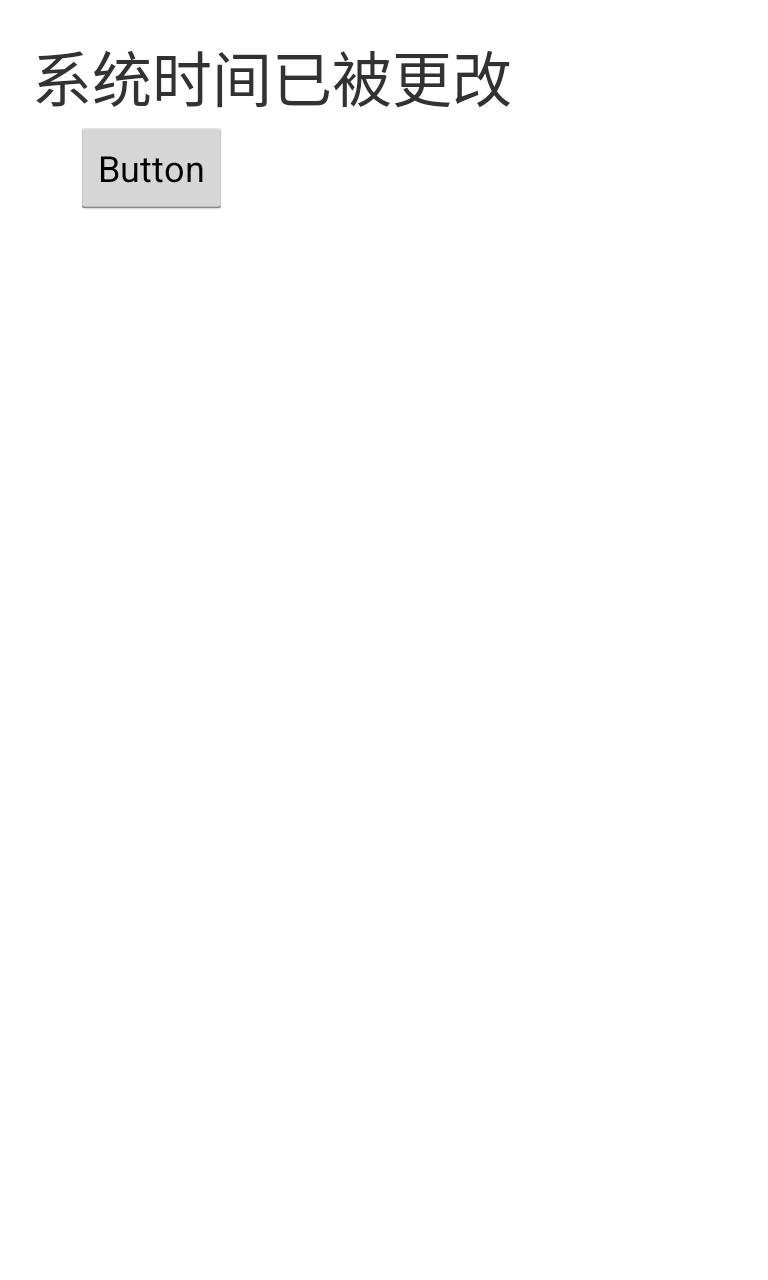
Repository: ShigerD/AndroidSample
Layout: Sample/Sample9_Broadcast_Service/BroadcastReceive/res/layout/activity_main.xml
An editor plug-in stored every save of this project. The layout is shown before and after the next save, followed by the edit.
It is drawn on a 768 x 1280 px phone screen (xhdpi) without system bars, with theme AppTheme; the app's code is not run.

Above is the layout before, as saved 2016-10-22 07:23:05.

### Sample/Sample9_Broadcast_Service/BroadcastReceive/res/layout/activity_main.xml
<RelativeLayout xmlns:android="http://schemas.android.com/apk/res/android"
    xmlns:tools="http://schemas.android.com/tools"
    android:layout_width="fill_parent"
    android:layout_height="fill_parent"
    android:paddingBottom="@dimen/activity_vertical_margin"
    android:paddingLeft="@dimen/activity_horizontal_margin"
    android:paddingRight="@dimen/activity_horizontal_margin"
    android:paddingTop="@dimen/activity_vertical_margin"
    tools:context="com.example.broadcastreceive.MainActivity" >

    <TextView
        android:id="@+id/textView1"
        android:layout_width="wrap_content"
        android:layout_height="wrap_content"
        android:gravity="center"
        android:text="@string/myString"
        android:textSize="30sp" />

    <Button
        android:id="@+id/myButton"
        android:layout_width="wrap_content"
        android:layout_height="wrap_content"
        android:layout_alignLeft="@+id/textView1"
        android:layout_below="@+id/textView1"
        android:layout_marginLeft="21dp"
        android:text="Button" />

</RelativeLayout>

### Sample/Sample9_Broadcast_Service/BroadcastReceive/res/values/strings.xml
<?xml version="1.0" encoding="utf-8"?>
<resources>

    <string name="app_name">BroadcastReceive</string>
    <string name="hello_world">Hello world!</string>
    <string name="action_settings">Settings</string>
    <string name="myString">系统时间已被更改</string>
	<string name="myButton">确定</string>

</resources>

Loaded but not shown: Sample/Sample9_Broadcast_Service/BroadcastReceive/res/values/styles.xml (common file); Sample/Sample9_Broadcast_Service/BroadcastReceive/res/values-v11/styles.xml (common file); Sample/Sample9_Broadcast_Service/BroadcastReceive/res/values-v14/styles.xml (common file); Sample/Sample9_Broadcast_Service/BroadcastReceive/res/values/dimens.xml (common file); Sample/Sample9_Broadcast_Service/BroadcastReceive/res/values-w820dp/dimens.xml (common file)

After the next save:
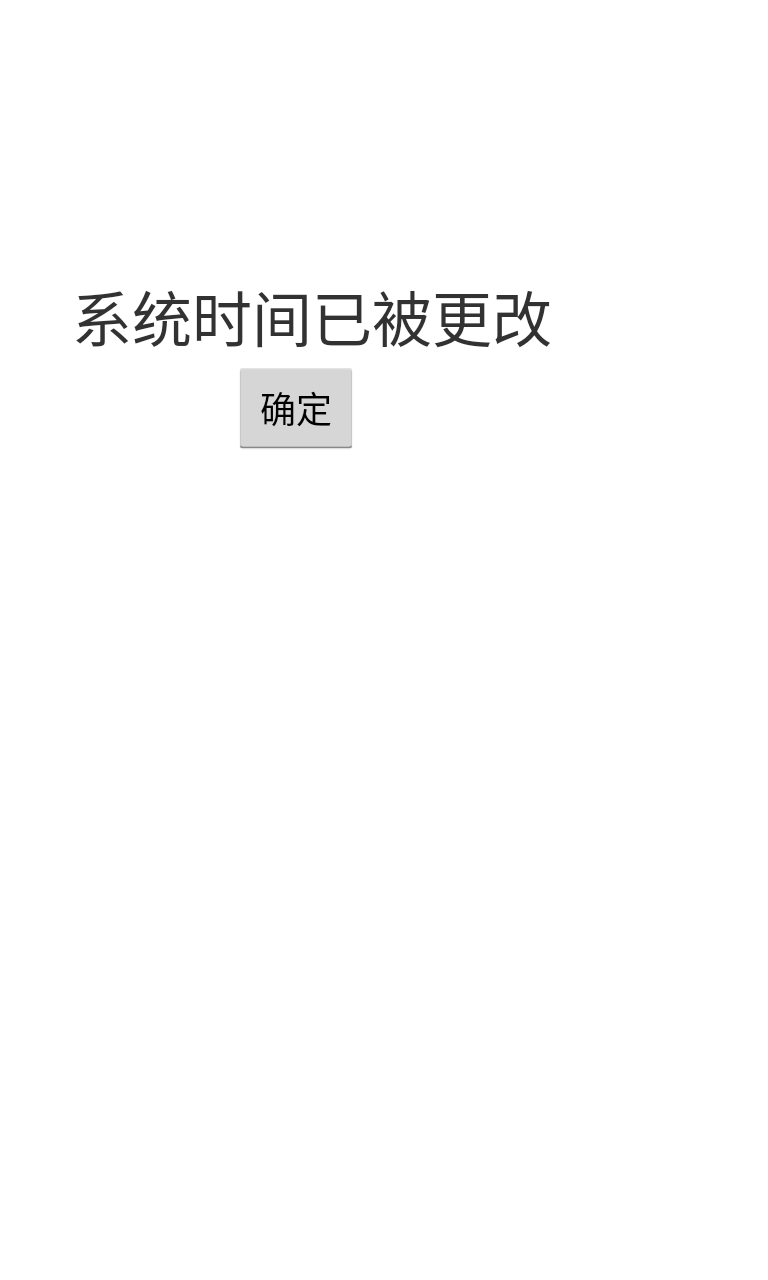
Saved 2 min 55 s later.
--- a/Sample/Sample9_Broadcast_Service/BroadcastReceive/res/layout/activity_main.xml
+++ b/Sample/Sample9_Broadcast_Service/BroadcastReceive/res/layout/activity_main.xml
@@ -12,6 +12,8 @@
         android:id="@+id/textView1"
         android:layout_width="wrap_content"
         android:layout_height="wrap_content"
+        android:layout_marginLeft="20dp"
+        android:layout_marginTop="120dp"
         android:gravity="center"
         android:text="@string/myString"
         android:textSize="30sp" />
@@ -22,7 +24,7 @@
         android:layout_height="wrap_content"
         android:layout_alignLeft="@+id/textView1"
         android:layout_below="@+id/textView1"
-        android:layout_marginLeft="21dp"
-        android:text="Button" />
+        android:layout_marginLeft="80dp"
+        android:text="@string/myButton" />
 
 </RelativeLayout>
